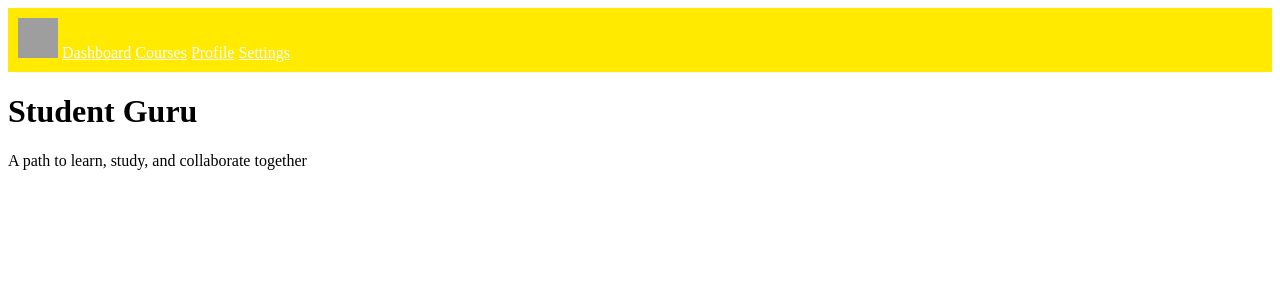
Repository: Priyadharshini-J-CSE/Intership-2025-december
Page: dashboard.html
These files come from the project's save history. The page is drawn as it stood at one moment and after the next save; the edit follows.
The browser window is 1280 px wide. The pictures show the whole page.
Pictures or frames that could not be fetched are drawn as grey boxes.

Above is the page before, as saved 2025-12-01 14:30:06.

### dashboard.html
<!DOCTYPE html>
<html lang="en">
<head>
    <meta charset="UTF-8">
    <meta name="viewport" content="width=device-width, initial-scale=1.0">
    <title>Student Guru</title>
    <style>
        nav{
            background-color: #ffea00;
            overflow: hidden;
            padding: 10px;
        }
        img{
height: 40px;
width: 40px;
        }
        a{

        }
    </style>
</head>
<nav>
    <img src="https://i.pinimg.com/474x/4d/b9/82/4db98275977a6216bdddfdbc390d7e37.jpg" alt="logo">
    <a href="dashboard.html" style="color: white;">Dashboard</a>
    <a href="courses.html"style="color: white;" >Courses</a>
    <a href="profile.html" style="color: white;">Profile</a>
    <a href="settings.html" style="color: white">Settings</a>
</nav>
<body>

    <h1>Student Guru</h1>
    <p>A path to learn, study, and collaborate together </p>

</body>
</html>

After the next save:
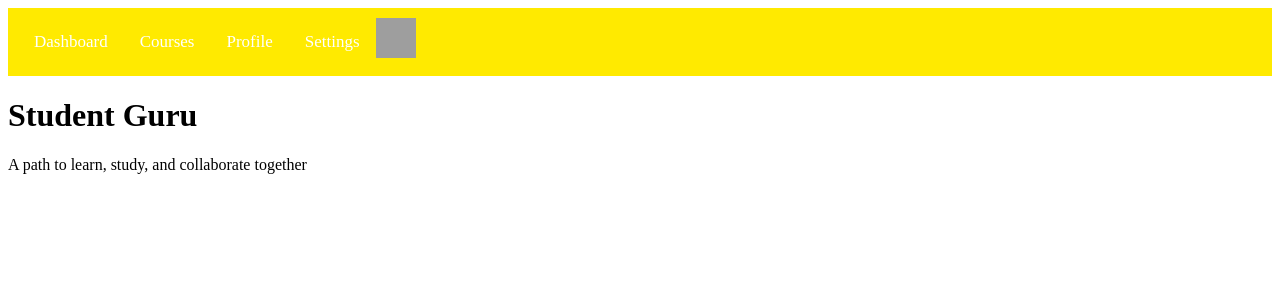
Saved 10 s later.
--- a/dashboard.html
+++ b/dashboard.html
@@ -15,7 +15,12 @@ height: 40px;
 width: 40px;
         }
         a{
-
+            float: left;
+            color: black;
+            text-align: center;
+            padding: 14px 16px;
+            text-decoration: none;
+            font-size: 17px;
         }
     </style>
 </head>
